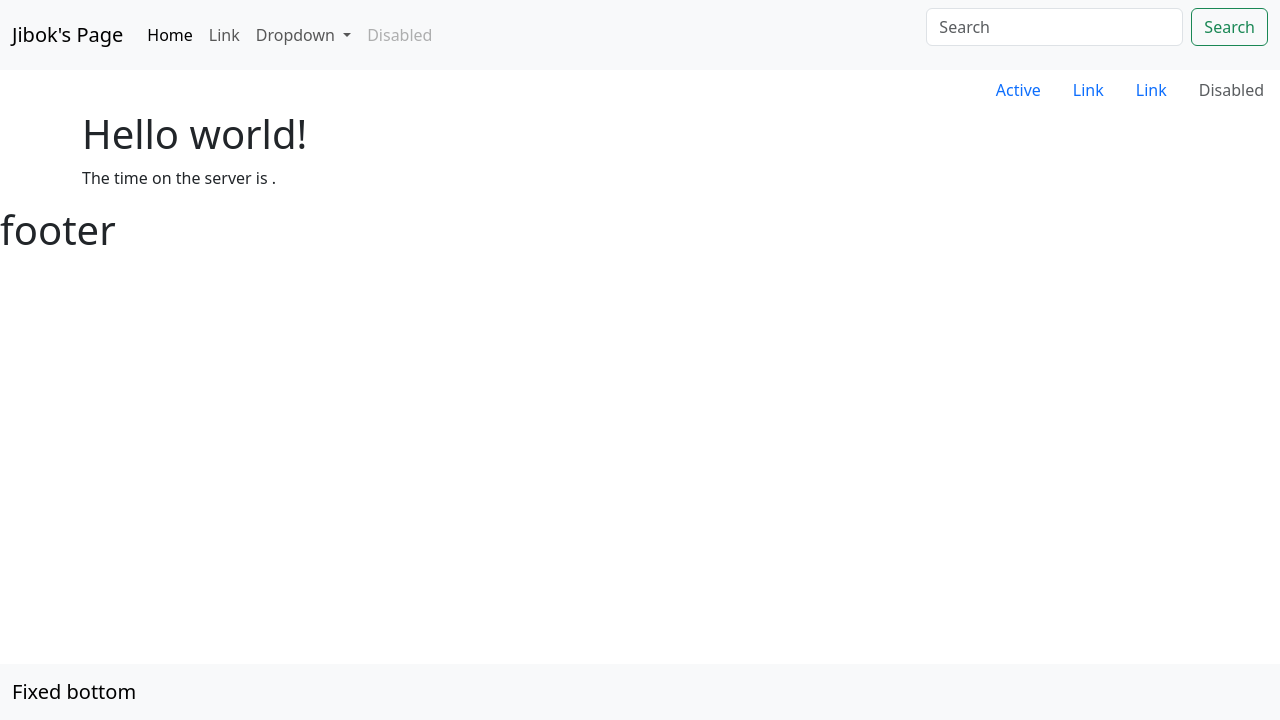
Repository: budflower44/Spring_project
Page: http://localhost/spring_seulmi/WEB-INF/views/index.jsp
These files come from the project's save history. The page is drawn as it stood at one moment and after the next save; the edit follows.
The browser window is 1280 px wide. The pictures show the whole page.
The page is served by Tomcat 9. Nobody is signed in. The template is opened directly, without the code that normally fills it, so the values that code supplies are empty.

Above is the page before, as saved 2024-01-17 05:01:36.

After the next save:
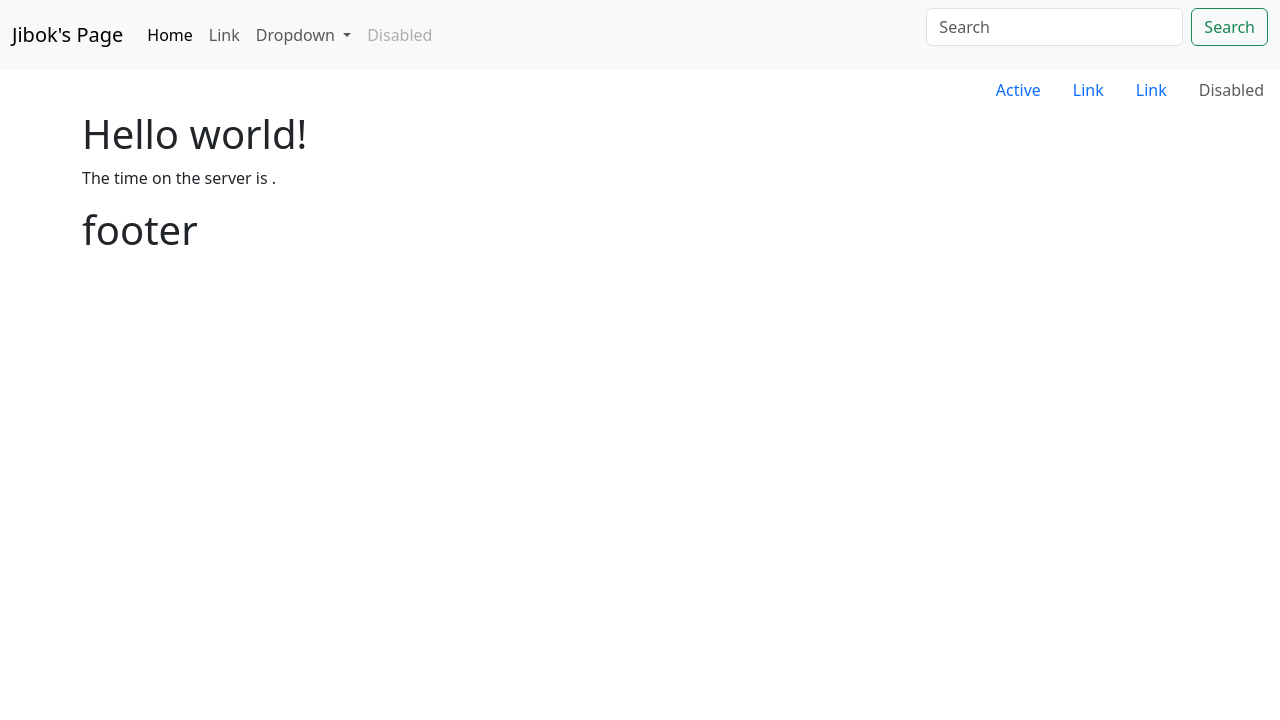
Saved 26 s later.
--- a/spring_seulmi/src/main/webapp/WEB-INF/views/layout/footer.jsp
+++ b/spring_seulmi/src/main/webapp/WEB-INF/views/layout/footer.jsp
@@ -1,11 +1,9 @@
+
+<div class="container">
 
 <h1>footer</h1>
 
-<nav class="navbar fixed-bottom bg-body-tertiary">
-  <div class="container-fluid">
-    <a class="navbar-brand" href="#">Fixed bottom</a>
-  </div>
-</nav>
+</div>
     <script src="https://cdn.jsdelivr.net/npm/bootstrap@5.3.1/dist/js/bootstrap.bundle.min.js" integrity="sha384-HwwvtgBNo3bZJJLYd8oVXjrBZt8cqVSpeBNS5n7C8IVInixGAoxmnlMuBnhbgrkm" crossorigin="anonymous"></script>
 </body>
 </html>
